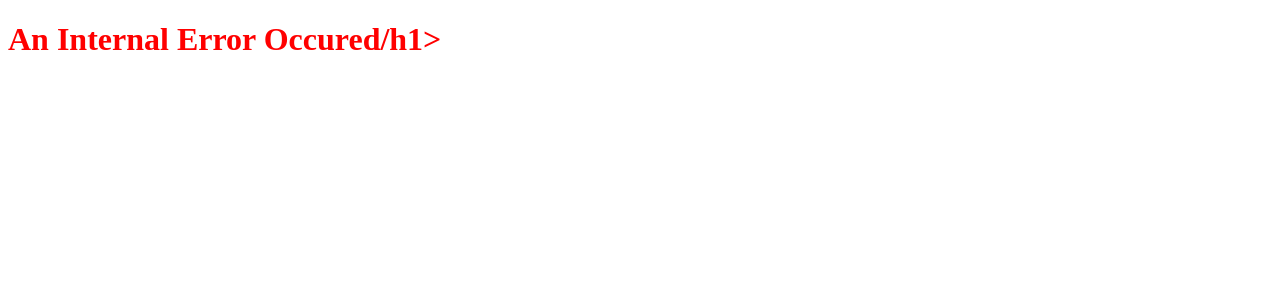
Repository: Solankinikhil/DailyWork
Page: http://localhost/JSP/Error.jsp
An editor plug-in stored every save of this project. The page is shown before and after the next save, followed by the edit.
The browser window is 1280 px wide. The pictures show the whole page.
The page is served by Tomcat 9.

Above is the page before, as saved 2020-03-09 05:39:53.

After the next save:
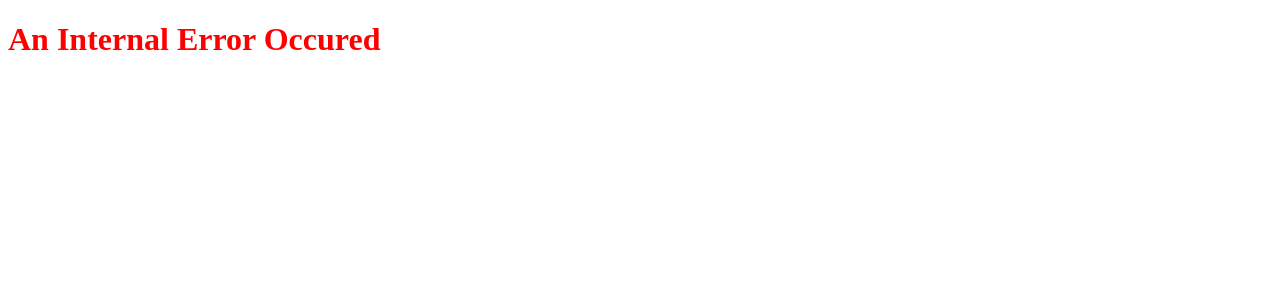
Saved 25 s later.
--- a/eclipse-workspace/JSP/WebContent/Error.jsp
+++ b/eclipse-workspace/JSP/WebContent/Error.jsp
@@ -7,6 +7,6 @@
 <title>Insert title here</title>
 </head>
 <body>
-	<h1 style="font-size: 30; color: RED">An Internal Error Occured/h1>
+	<h1 style="font-size: 30; color: RED">An Internal Error Occured</h1>
 </body>
 </html>
